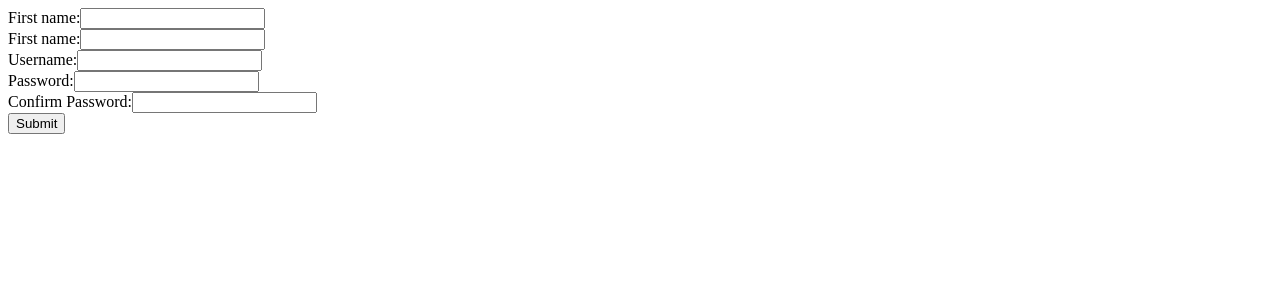
Repository: Shveta625/EmfRepository
Page: http://localhost/UserRegistration/RegisterUser.jsp
These files come from the project's save history. The page is drawn as it stood at one moment and after the next save; the edit follows.
The browser window is 1280 px wide. The pictures show the whole page.
The page is served by Tomcat 9.

Above is the page before, as saved 2017-11-09 04:02:13.

After the next save:
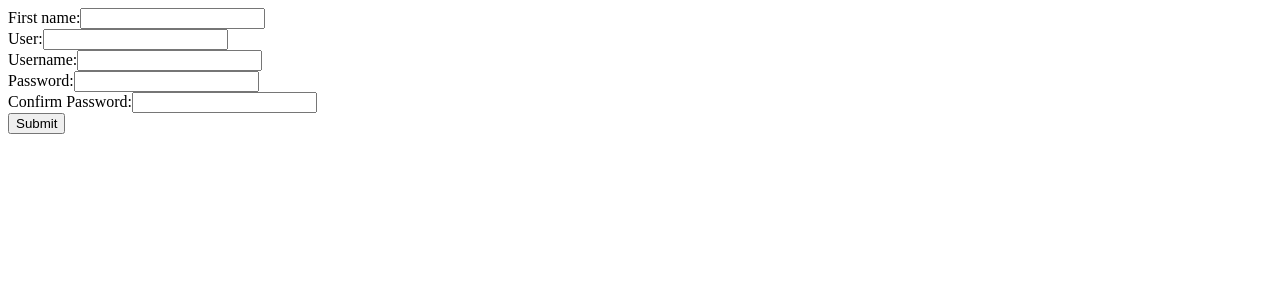
Saved 25 s later.
--- a/UserRegistration/WebContent/RegisterUser.jsp
+++ b/UserRegistration/WebContent/RegisterUser.jsp
@@ -50,7 +50,7 @@
 	<form id="form" action="RegisterUserServlet" method="post"
 		onsubmit="return validate()">
 		First name:<input type="text" id="firstName" name="firstName"> <br>
-		First name:<input type="text" id="user" name="user"> <br>
+		User:<input type="text" id="user" name="user"> <br>
 		Username:<input type="text" id="username" name="username"> <br>
 		Password:<input type="password" id="password" name="password"> <br>
 		Confirm Password:<input type="password" id="confPassword" name="confPassword"> <br>
